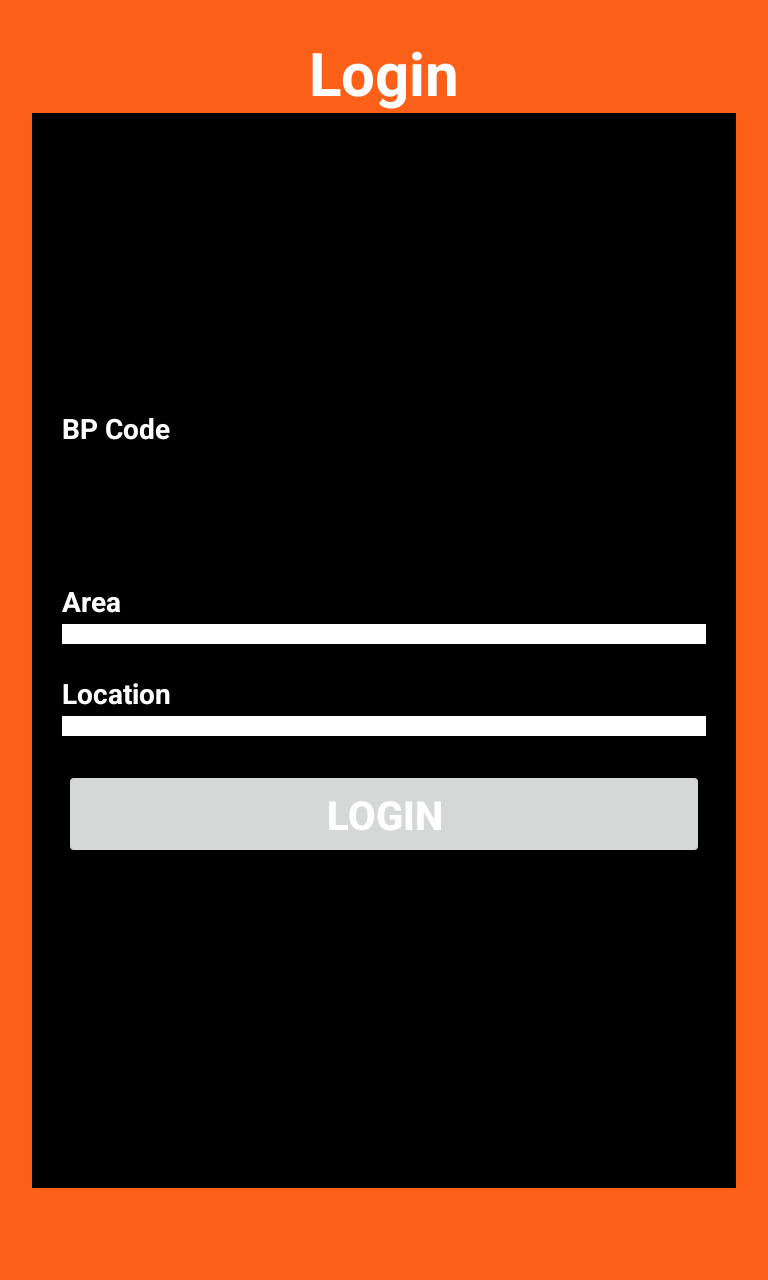
Repository: MushfiqurRahman/BLink3gApp
Layout: 3gExperience/res/layout/fragment_login.xml
An editor plug-in stored every save of this project. The layout is shown before and after the next save, followed by the edit.
It is drawn on a 768 x 1280 px phone screen (xhdpi) without system bars, with theme AppTheme; the app's code is not run.

Above is the layout before, as saved 2014-05-20 17:47:30.

After the next save:
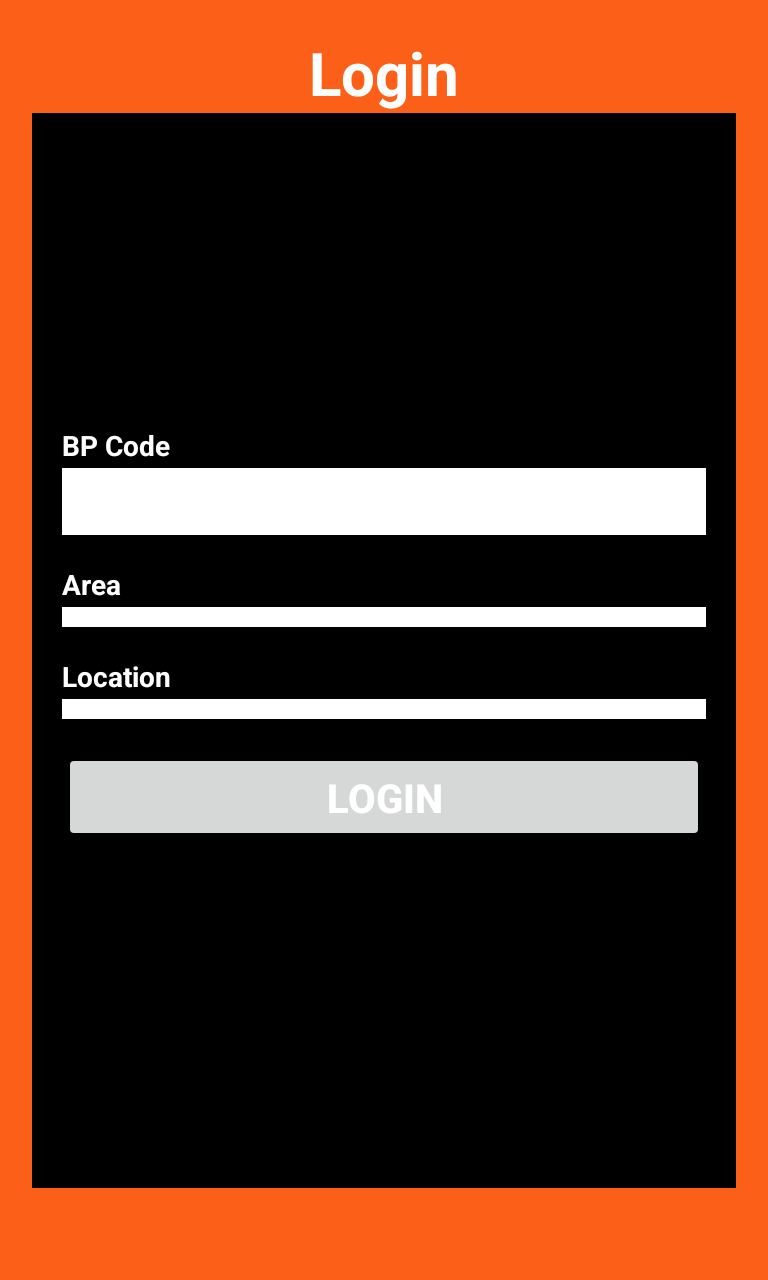
Saved 57 s later.
--- a/3gExperience/res/layout/fragment_login.xml
+++ b/3gExperience/res/layout/fragment_login.xml
@@ -69,7 +69,7 @@
             android:layout_marginBottom="15dp"
             android:ems="10"
             android:inputType="textPassword"
-            android:textColor="#FFFFFF"
+            android:background="#FFFFFF"
             android:textSize="25sp" />
 
         <LinearLayout
